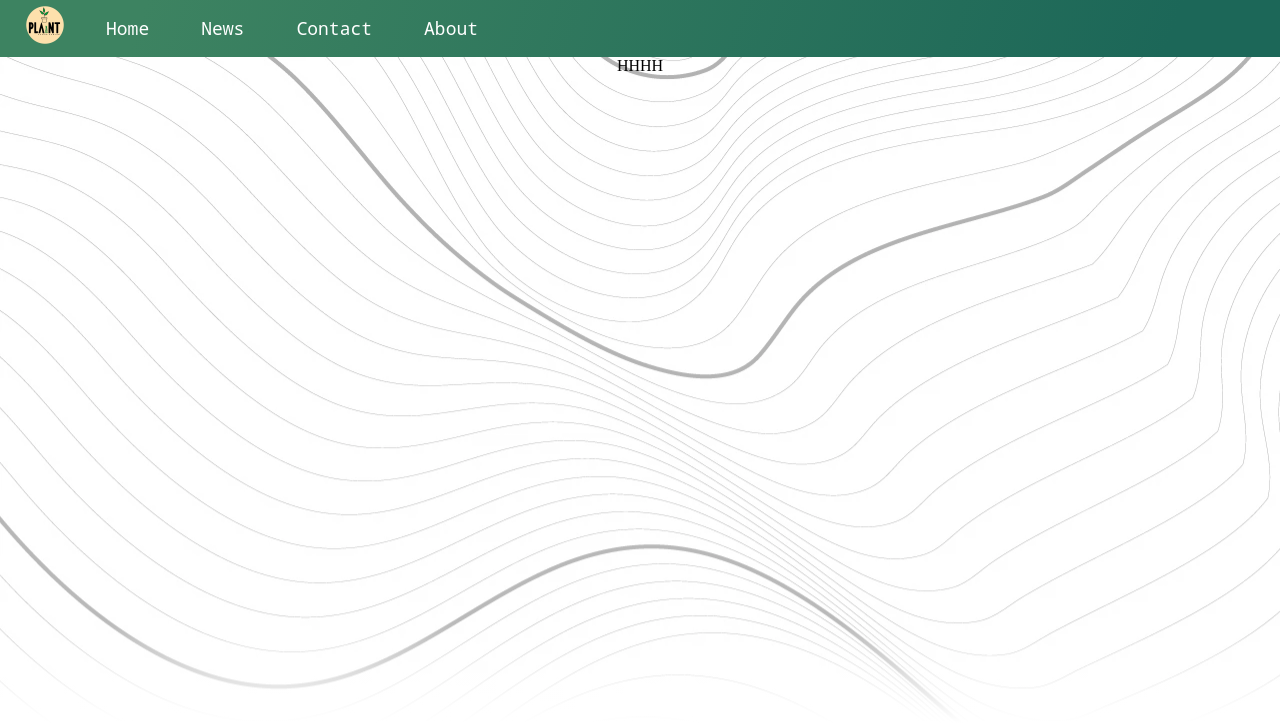
Repository: Flexo874/ISITECH-HTML-CSS
Page: about.html
These files come from the project's save history. The page is drawn as it stood at one moment and after the next save; the edit follows.
The browser window is 1280 px wide. The pictures show the whole page.

Above is the page before, as saved 2024-01-04 16:25:18.

### about.html
<!DOCTYPE html>
<html lang="en">
    <head>

        <link rel="icon" href="/images/logo_render_v2.png">
        <title>Plantes & Co</title>
        <link rel="stylesheet" href="about.css">
    </head>
    <body>
        <ul>
            <li>  <img src="images/logo_render_v2.png" alt="Logo"></li>
            <li><a href="#home">Home</a></li>
            <li><a href="#news">News</a></li>
            <li><a href="/contact/contact.html">Contact</a></li>
            <li><a href="#about">About</a></li>
        </ul>

        <div class="plant-img">
            <div>
                <div class="comment">
                    HHHH
                </div>
            </div>
        </div>





    </body>
</html>

### about.css
* {
    margin: 0;
    padding: 0;
    scroll-behavior: smooth;
  }
  ul {
    list-style-type: none;
    margin: 0;
    padding: 0;
    overflow: hidden;
    background-image: linear-gradient(
      109.6deg,
      rgba(61, 131, 97, 1) 11.2%,
      rgba(28, 103, 88, 1) 91.1%
    );
    display: flex;
    list-style: none;
    box-sizing: border-box;
    justify-content: left;
  }

  li img {
    width: 50px;
    height: auto;
    vertical-align: middle;
  }

  li {
    position: relative;
    margin-left: 20px;
  }

  li a {
    display: block;
    color: white;
    text-align: center;
    padding: 18px 16px;
    text-decoration: none;
    font-size: 18px;
    transition: 0.4s ease-in-out;
    position: center;
    font-family: "Noto Mono", monospace;
  }

  li a:hover {
    background-color: #00564B;
    border-radius: 5px;
    transform: scale(1.2);
  }


  .plant-img  {
    width: 100%;
    height: 52vw;
    object-fit: cover;
    overflow: hidden;
    background-image:url(images/lines.webp);
  }

  .plant-img > div {
    width: 100%;
    height: 100%;
    display: flex;
    justify-content: center;
    background-image: linear-gradient(0deg, white 0%, rgba(0,0,0,0) 15%);
  }


  .plant-img > div > img{
    align-items: center;
    width: 600px;
    border-color:#00564B;
  }

After the next save:
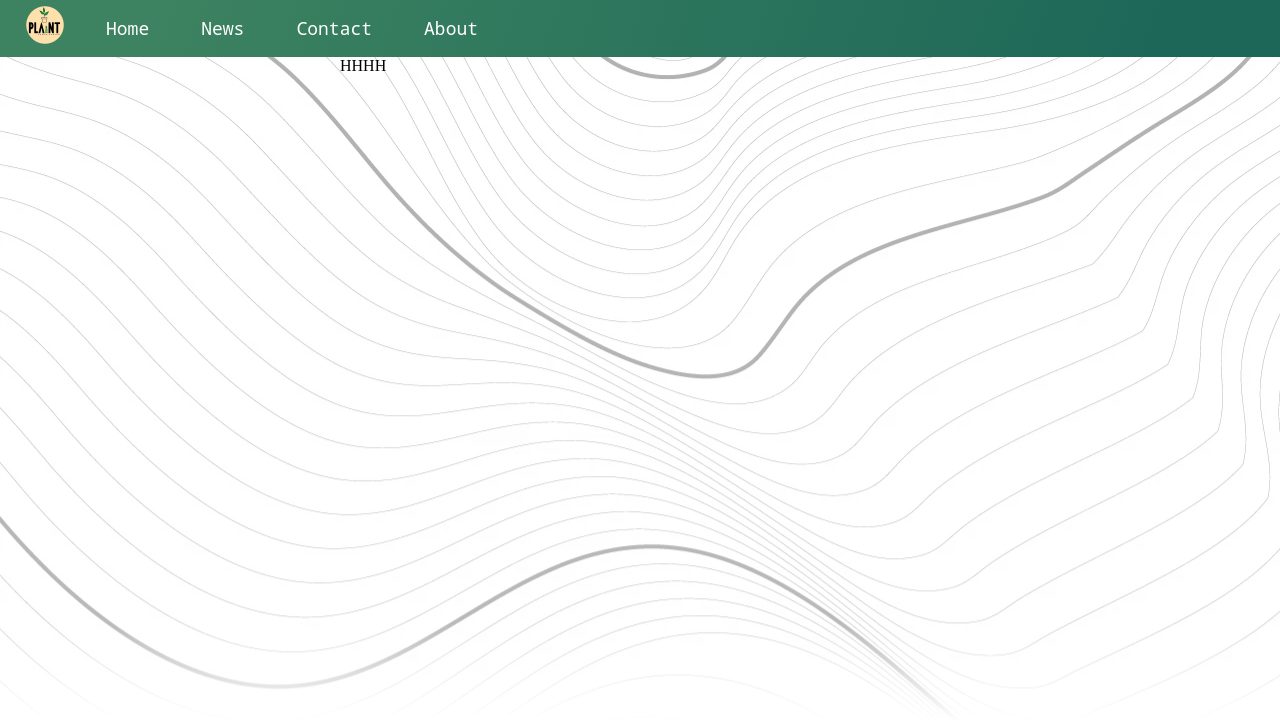
Saved 34 s later.
--- a/about.css
+++ b/about.css
@@ -66,7 +66,7 @@
   }
 
 
-  .plant-img > div > img{
+  .plant-img > div > .comment{
     align-items: center;
     width: 600px;
     border-color:#00564B;
